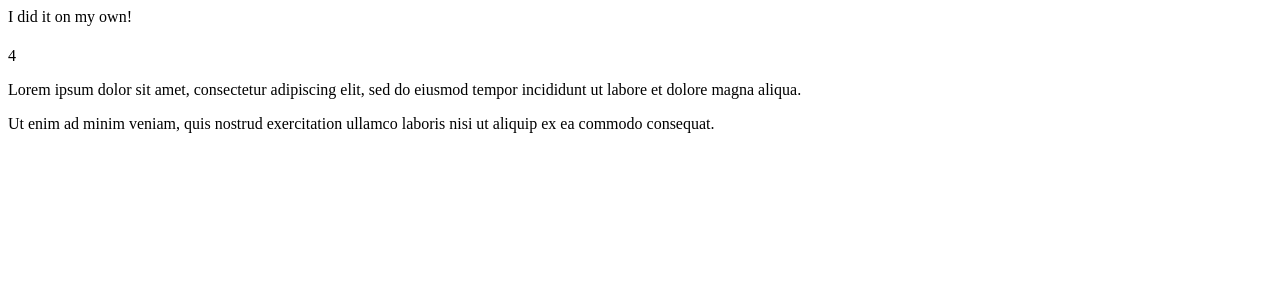
Repository: nashthecoder/code4days
Page: html_boilerplate/index.html
The author's editor kept a copy of each file at every save. The page is drawn from the files as they stood at one save, then again after a run of saves.
The browser window is 1280 px wide. The pictures show the whole page.

Above is the page before, as saved 2023-03-16 14:37:39.

### html_boilerplate/index.html
<!DOCTYPE html>
<html lang="en">

<head>
    <meta charset="utf-8">
    <title>This is my First Webpage</title>
</head>

<body>
    I did it on my own!
</body>
<h1></h1>
<h2></h2>
<h3></h3>
<h>4</h>
<h></h>
<h></h>
<p>Lorem ipsum dolor sit amet, consectetur adipiscing elit, sed do eiusmod tempor incididunt ut labore et dolore magna
    aliqua.
</p>
<p>Ut enim ad minim veniam, quis nostrud exercitation ullamco laboris nisi ut aliquip ex ea commodo consequat.
</p>

</html>

After the next 2 saves:
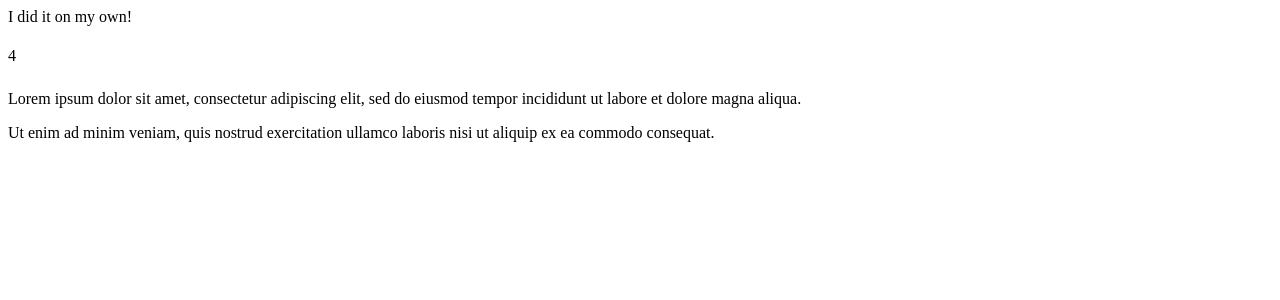
The 2 saves are shown as one change because they came seconds apart.
The last was saved 8 s later.
--- a/html_boilerplate/index.html
+++ b/html_boilerplate/index.html
@@ -13,8 +13,8 @@
 <h2></h2>
 <h3></h3>
 <h>4</h>
-<h></h>
-<h></h>
+<h5></h5>
+<h6></h6>
 <p>Lorem ipsum dolor sit amet, consectetur adipiscing elit, sed do eiusmod tempor incididunt ut labore et dolore magna
     aliqua.
 </p>
